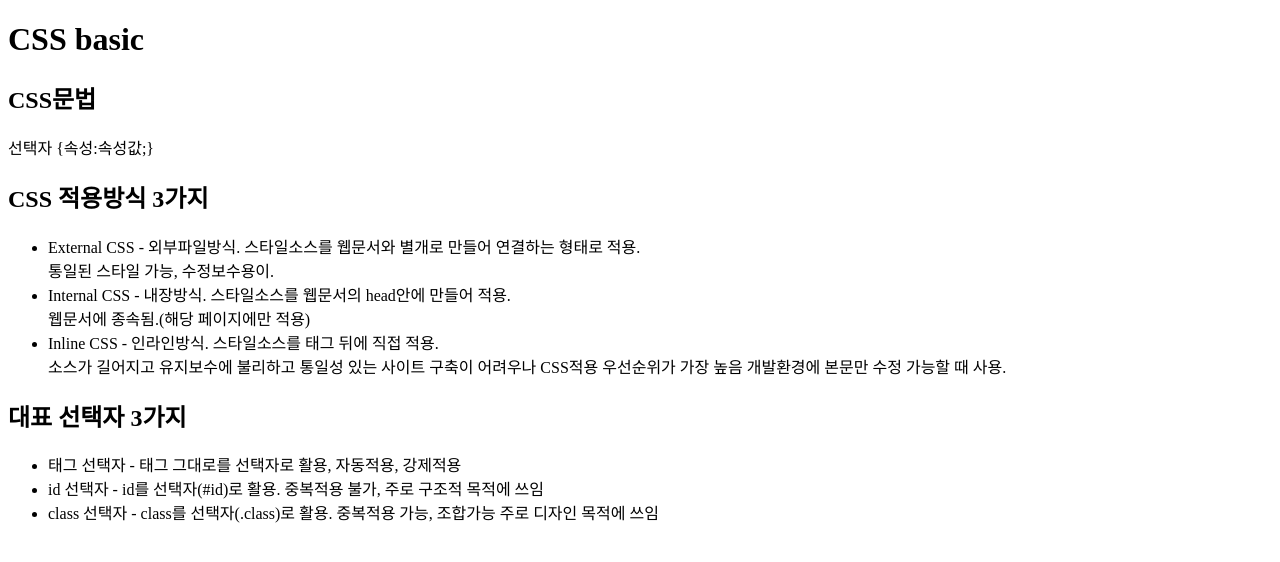
Repository: Git-Seokcoding/WEB
Page: CSS3/src/main/webapp/basic.html
The author's editor kept a copy of each file at every save. The page is drawn from the files as they stood at one save, then again after the next save.
The browser window is 1280 px wide. The pictures show the whole page.

Above is the page before, as saved 2023-10-12 07:54:53.

### CSS3/src/main/webapp/basic.html
<!DOCTYPE html>
<html>
<head>
<meta charset="UTF-8">
<title>CSS basic</title>
</head>
<body>
	<h1>CSS basic</h1>
	<h2>CSS문법</h2>
	<p>선택자 {속성:속성값;}</p>

	<h2>CSS 적용방식 3가지</h2>
	<ul>
		<li>External CSS - 외부파일방식. 스타일소스를 웹문서와 별개로 만들어 연결하는 형태로 적용. <br>
		통일된 스타일 가능, 수정보수용이.</li>
		<li>Internal CSS - 내장방식. 스타일소스를 웹문서의 head안에 만들어 적용.<br>
		웹문서에 종속됨.(해당 페이지에만 적용)</li>
		<li>Inline CSS   - 인라인방식. 스타일소스를 태그 뒤에 직접 적용. <br>
		소스가 길어지고 유지보수에 불리하고 통일성 있는 사이트 구축이 어려우나 CSS적용 우선순위가 가장 높음
		개발환경에 본문만 수정 가능할 때 사용.</li>
	</ul>

	<h2>대표 선택자 3가지</h2>
	<ul>
	<li>태그 선택자  - 태그 그대로를 선택자로 활용, 자동적용, 강제적용</li>
	<li>id 선택자 - id를 선택자(#id)로 활용. 중복적용 불가, 주로 구조적 목적에 쓰임</li>
	<li>class 선택자 - class를 선택자(.class)로 활용. 중복적용 가능, 조합가능 주로 디자인 목적에 쓰임</li>
	</ul>
</body>
</html>

After the next save:
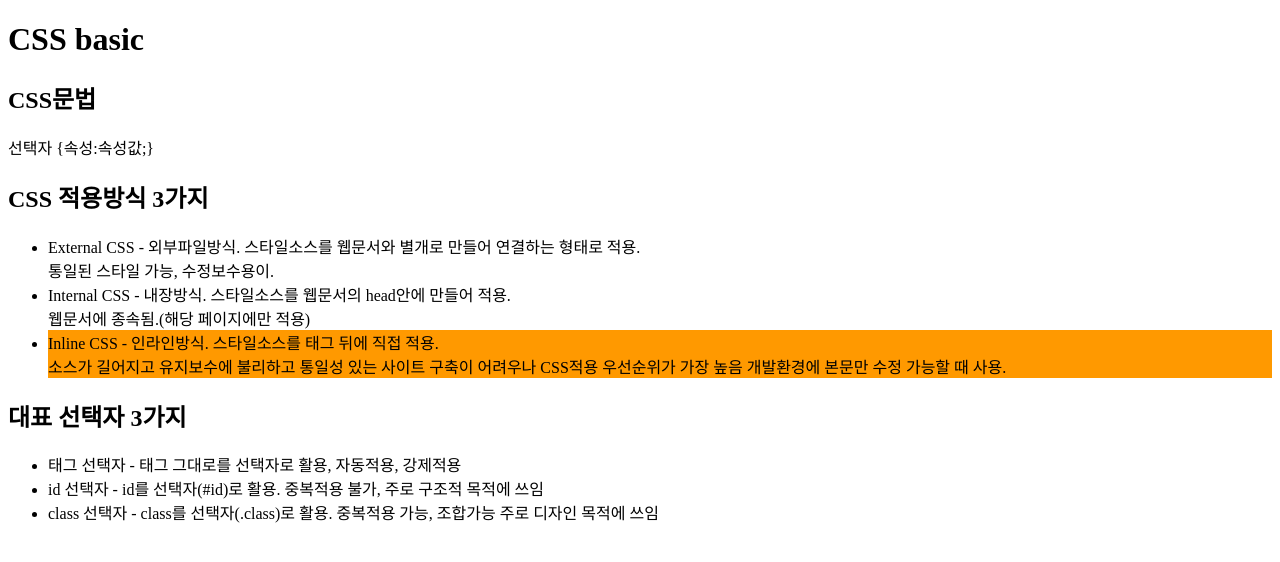
Saved 2 min 11 s later.
--- a/CSS3/src/main/webapp/basic.html
+++ b/CSS3/src/main/webapp/basic.html
@@ -11,13 +11,16 @@
 
 	<h2>CSS 적용방식 3가지</h2>
 	<ul>
-		<li>External CSS - 외부파일방식. 스타일소스를 웹문서와 별개로 만들어 연결하는 형태로 적용. <br>
-		통일된 스타일 가능, 수정보수용이.</li>
-		<li>Internal CSS - 내장방식. 스타일소스를 웹문서의 head안에 만들어 적용.<br>
-		웹문서에 종속됨.(해당 페이지에만 적용)</li>
-		<li>Inline CSS   - 인라인방식. 스타일소스를 태그 뒤에 직접 적용. <br>
-		소스가 길어지고 유지보수에 불리하고 통일성 있는 사이트 구축이 어려우나 CSS적용 우선순위가 가장 높음
-		개발환경에 본문만 수정 가능할 때 사용.</li>
+		<li>External CSS
+		- 외부파일방식. 스타일소스를 웹문서와 별개로 만들어 연결하는 형태로 적용. <br>
+		  통일된 스타일 가능, 수정보수용이.</li>
+		<li>Internal CSS
+		- 내장방식. 스타일소스를 웹문서의 head안에 만들어 적용.<br>
+		  웹문서에 종속됨.(해당 페이지에만 적용)</li>
+		<li style="background-color: #f90;">Inline CSS
+		- 인라인방식. 스타일소스를 태그 뒤에 직접 적용. <br>
+		  소스가 길어지고 유지보수에 불리하고 통일성 있는 사이트 구축이 어려우나 CSS적용 우선순위가 가장 높음
+		  개발환경에 본문만 수정 가능할 때 사용.</li>
 	</ul>
 
 	<h2>대표 선택자 3가지</h2>
